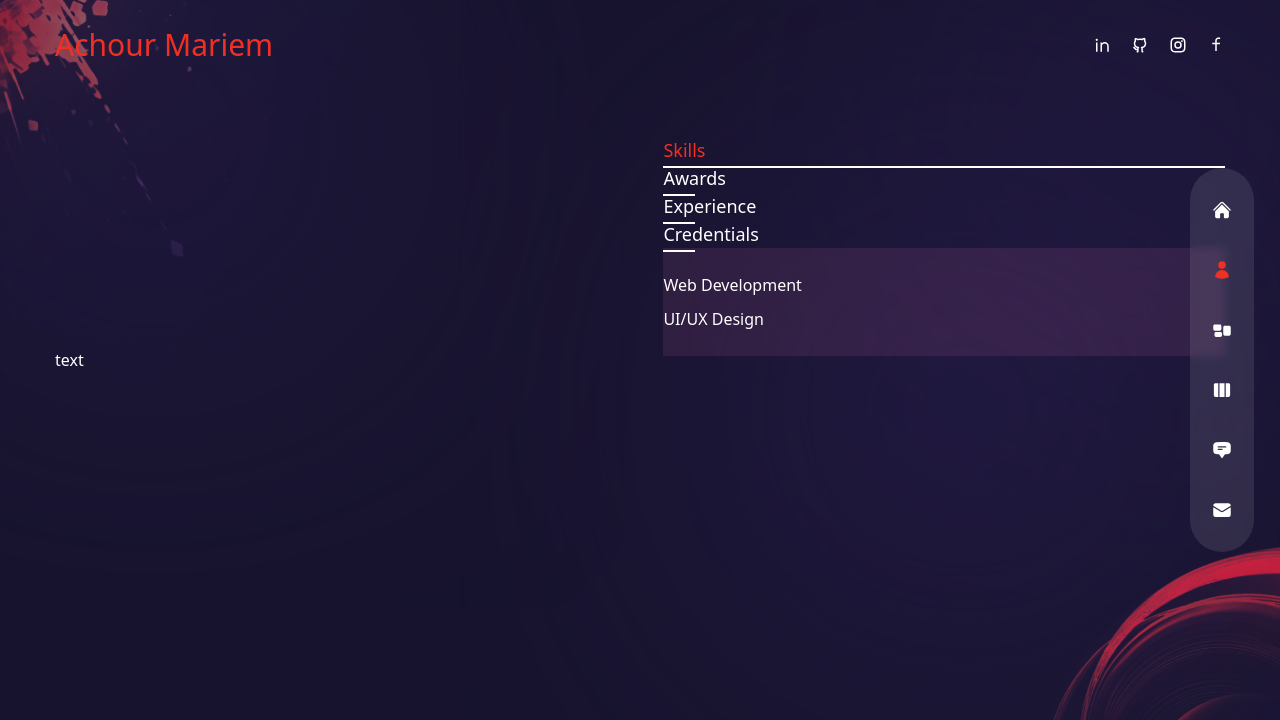
Repository: AchourMaryem/My-personal-portfolio
Page: /about
The author's editor kept a copy of each file at every save. The page is drawn from the files as they stood at one save, then again after a run of saves.
The browser window is 1280 px wide. The pictures show the whole page.
The project was rebuilt for these pictures with package versions that can differ from the ones it lists, and the page was loaded fresh each time. The framework's server and built-in components were replaced by stand-ins that run in the browser. Also part of the build but not shown: next.config.js.

Above is the page before, as saved 2023-09-22 02:16:10.

After the next 2 saves:
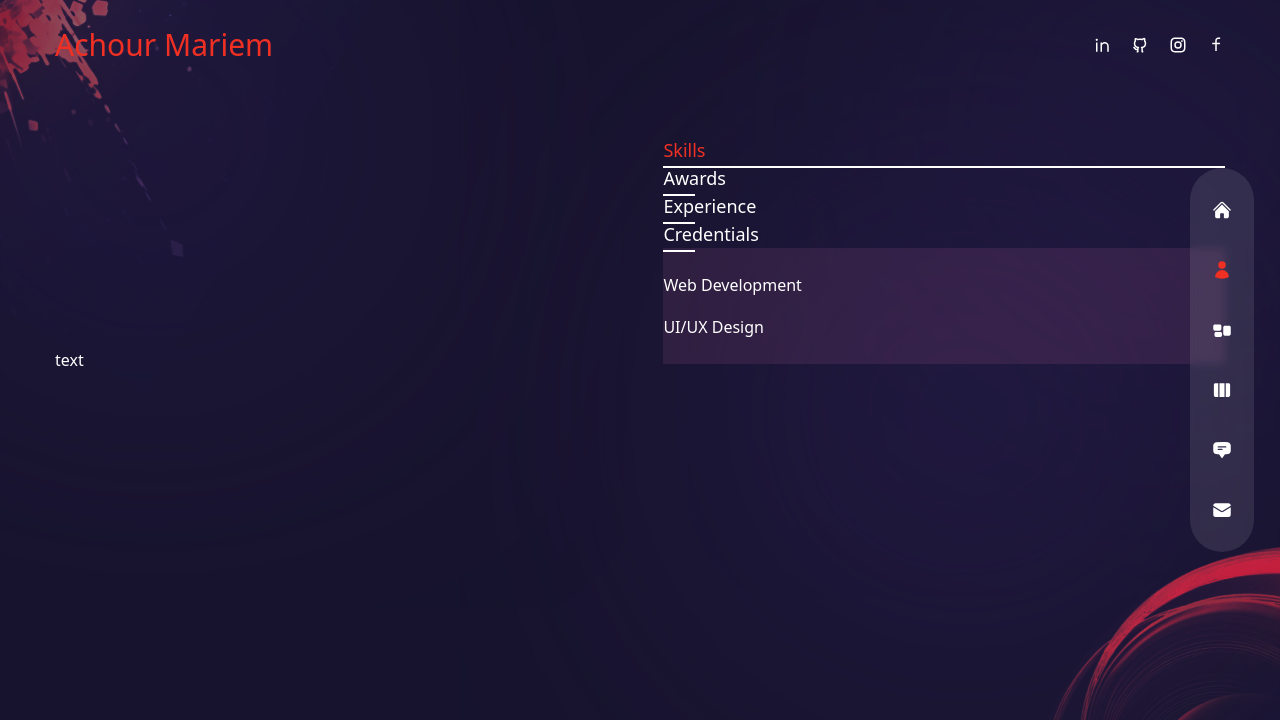
The 2 saves are shown as one change because they came seconds apart.
The last was saved 23 s later.
--- a/pages/about/index.js
+++ b/pages/about/index.js
@@ -126,7 +126,7 @@ const About = () => {
             );
           })}
         </div>
-        <div className='bg-pink-400/10 py-2 xl:py-6 flex flex-col gap-y-2 xl:'>
+        <div className='bg-pink-400/10 py-2 xl:py-6 flex flex-col gap-y-2 xl:gap-y-4'>
   {aboutData[index].info.map((item, itemIndex) => {
     return (
       <div key={itemIndex}>
